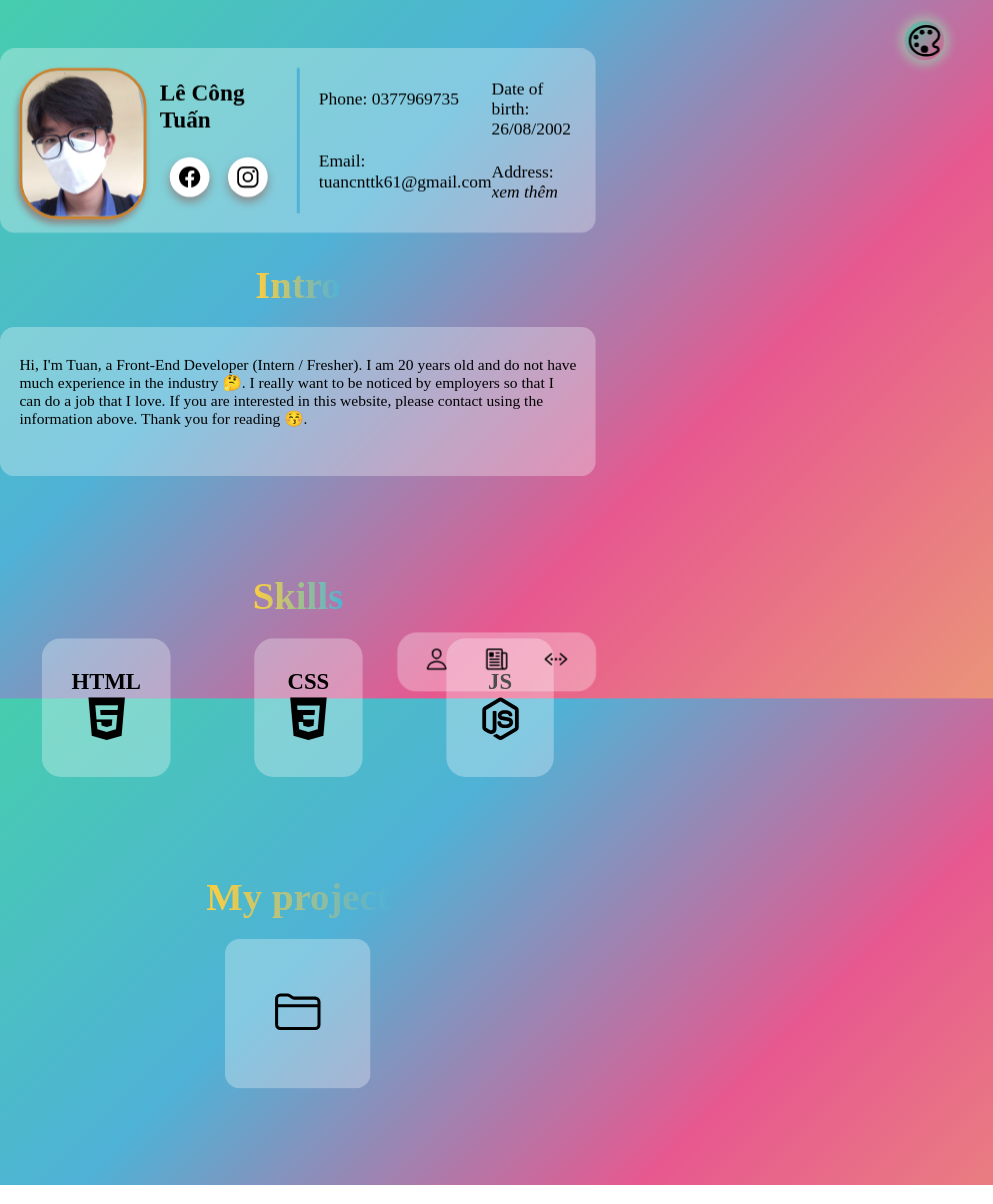
Repository: LeCongTuan2608/Profile
Page: index.html
An editor plug-in stored every save of this project. The page is shown before and after the next save, followed by the edit.
The browser window is 1024 px wide. The pictures show the whole page, at 97% of full size.
Backgrounds fixed to the window are drawn as part of the page. The style sheet was rebuilt from its Sass, Less or Tailwind sources for each picture, by a compiler version that may differ from the author's.

Above is the page before, as saved 2022-05-05 12:18:52.

After the next save:
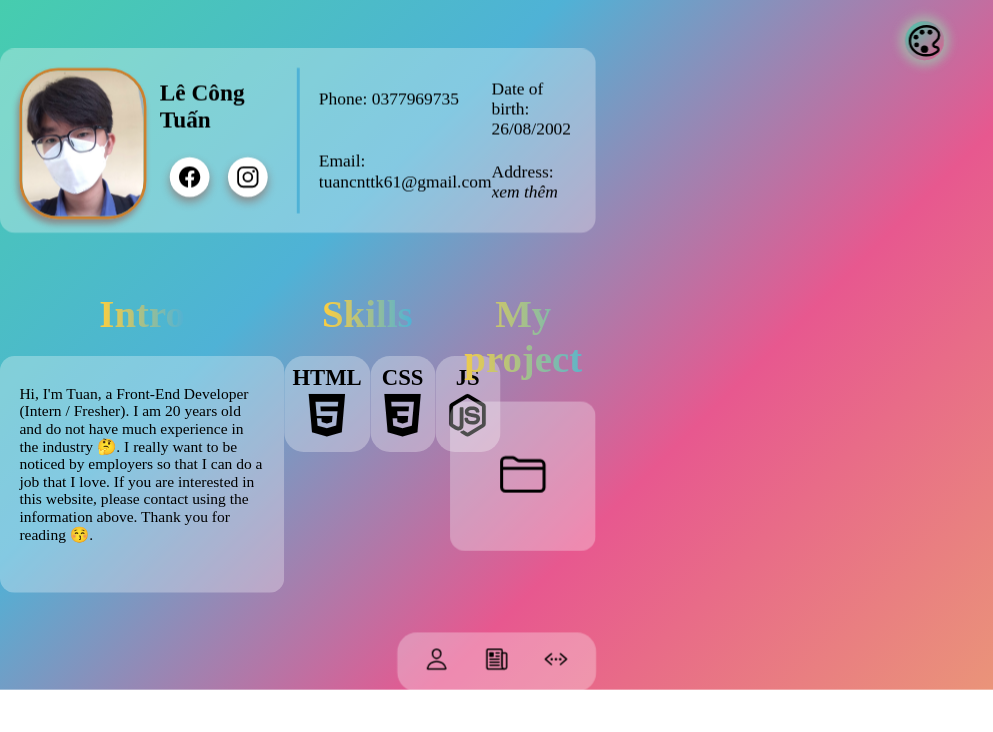
Saved 33 s later.
--- a/sass/style.scss
+++ b/sass/style.scss
@@ -402,4 +402,7 @@ background-color: #a5e296;
         margin: 0 10% 0 0;
         display: block;
     }
-}
+    .contents > div{
+        display: flex;
+    }
+}
